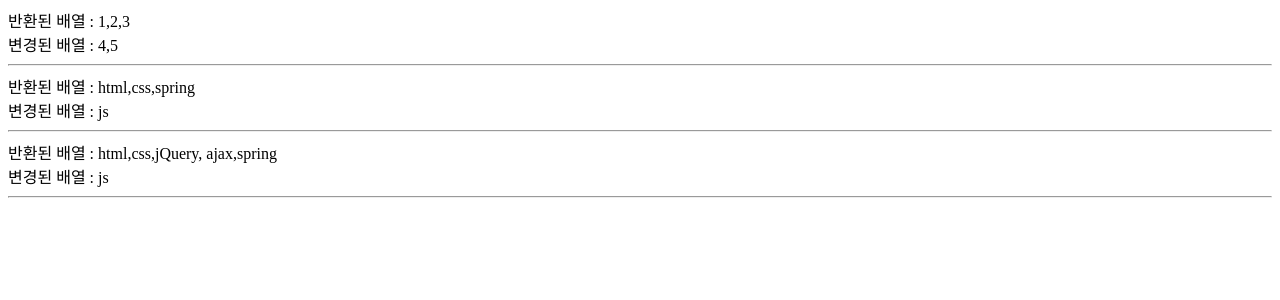
Repository: wjsjsn/23_webstudy
Page: 03_javascript/src/main/webapp/day02/Ex03_array.html
The author's editor kept a copy of each file at every save. The page is drawn from the files as they stood at one save, then again after the next save.
The browser window is 1280 px wide. The pictures show the whole page.

Above is the page before, as saved 2023-06-28 01:50:59.

After the next save:
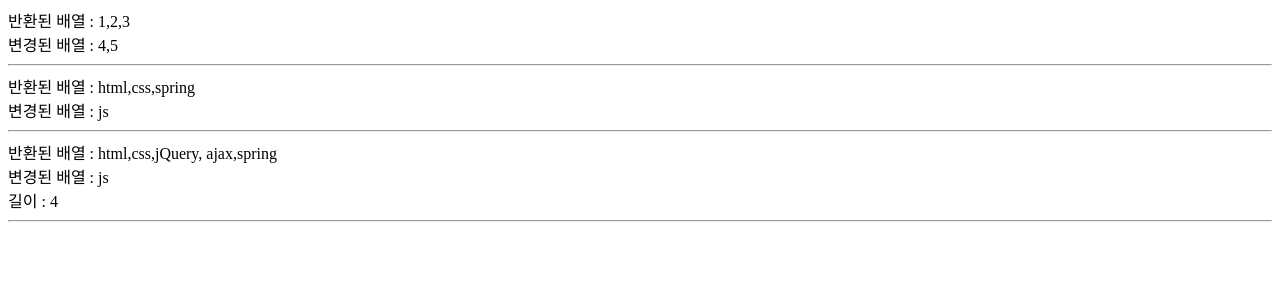
Saved 80 s later.
--- a/03_javascript/src/main/webapp/day02/Ex03_array.html
+++ b/03_javascript/src/main/webapp/day02/Ex03_array.html
@@ -26,6 +26,7 @@
 	var res3 = arr3.splice(2, 1, "jQuery, ajax");
 	document.write("반환된 배열 : " + arr3 + "<br>");
 	document.write("변경된 배열 : " + res3 + "<br>");
+	document.write("길이 : " + arr3.length + "<br>");
 	document.write("<hr>");
 </script>
 </head>
